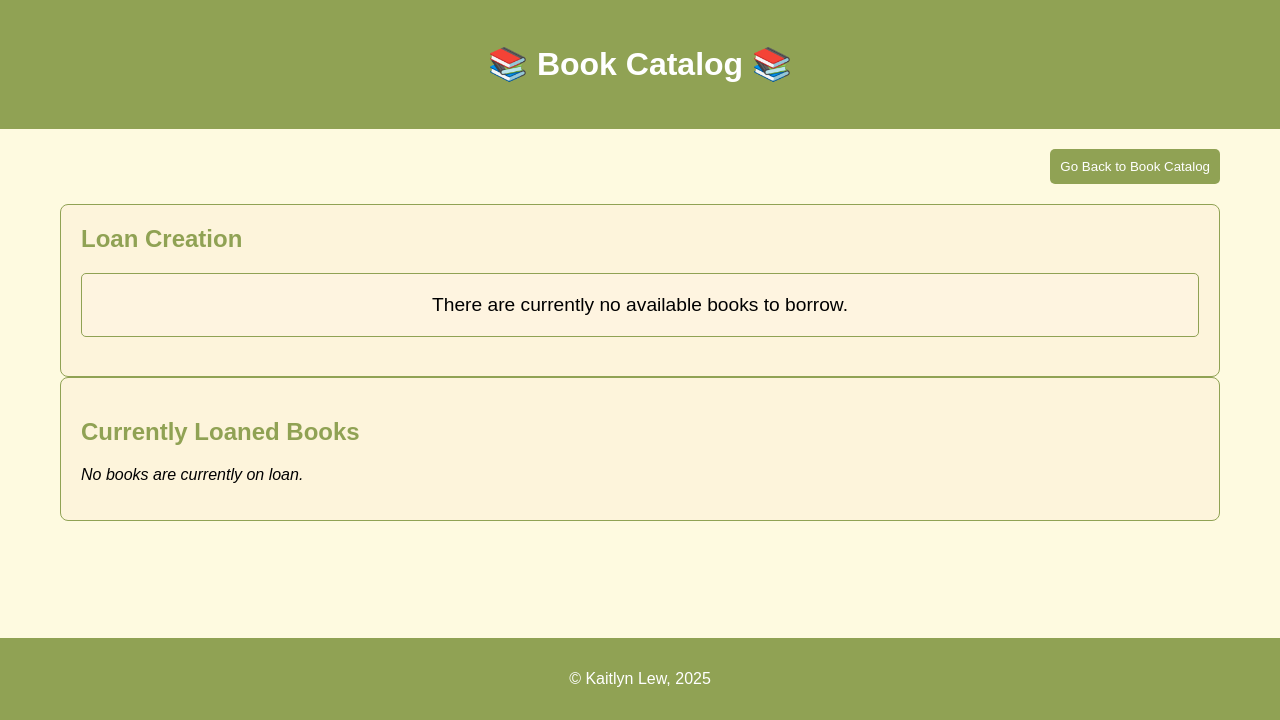
Repository: kaitlynlew/Data-Fetching
Page: /, after clicking the first element matching `button.update-btn`
An editor plug-in stored every save of this project. The page is shown before and after the next save, followed by the edit.
The browser window is 1280 px wide. The pictures show the whole page.
The project was rebuilt for these pictures with package versions that can differ from the ones it lists, and the page was loaded fresh each time. Also part of the build but not shown: vite.config.js, src/components/BookCard.jsx, src/components/BookForm.jsx.

Above is the page before, as saved 2025-11-09 22:12:56.

### index.html
<!doctype html>
<html lang="en">

<head>
  <meta charset="UTF-8" />
  <meta name="viewport" content="width=device-width, initial-scale=1.0" />
  <title>📚 Book Catalog</title>
</head>

<body>
  <div id="root"></div>
  <script type="module" src="/src/main.jsx"></script>
</body>

</html>

### src/App.jsx
import React, { useState, useEffect } from "react";
import Header from "./components/Header";
import BookList from "./components/BookList";
import LoanManager from "./components/LoanManager";
import "./index.css";

const LOCAL_STORAGE_BOOKS_KEY = 'book-catalog-data';
const LOCAL_STORAGE_LOANS_KEY = 'book-loan-data';

function App() {
  const [view, setView] = useState('catalog');
  const [isDetailsViewActive, setIsDetailsViewActive] = useState(false); // <-- NEW STATE

  const [books, setBooks] = useState(() => {
    try {
      const storedBooks = localStorage.getItem(LOCAL_STORAGE_BOOKS_KEY);
      return storedBooks ? JSON.parse(storedBooks) : [];
    } catch (error) {
      console.error("Failed to load books from localStorage:", error);
      return [];
    }
  });

  const [loans, setLoans] = useState(() => {
    try {
      const storedLoans = localStorage.getItem(LOCAL_STORAGE_LOANS_KEY);
      return storedLoans ? JSON.parse(storedLoans) : [];
    } catch (error) {
      console.error("Failed to load loans from localStorage:", error);
      return [];
    }
  });

  useEffect(() => {
    try {
      localStorage.setItem(LOCAL_STORAGE_BOOKS_KEY, JSON.stringify(books));
    } catch (error) {
      console.error("Failed to save books to localStorage:", error);
    }
  }, [books]);

  useEffect(() => {
    try {
      localStorage.setItem(LOCAL_STORAGE_LOANS_KEY, JSON.stringify(loans));
    } catch (error) {
      console.error("Failed to save loans to localStorage:", error);
    }
  }, [loans]);

  const handleAddBook = (newBook) => {
    setBooks(prevBooks => [...prevBooks, newBook]);
  };

  const handleUpdateBook = (updatedBook) => {
    setBooks(prevBooks =>
      prevBooks.map(book => book.isbn13 === updatedBook.isbn13 ? updatedBook : book)
    );
  };

  const handleDeleteBook = (isbn13) => {
    setBooks(prevBooks => prevBooks.filter(book => book.isbn13 !== isbn13));
    setLoans(prevLoans => prevLoans.filter(loan => loan.isbn13 !== isbn13));
  };

  const handleLoanBook = (newLoan) => {
    setLoans(prevLoans => [...prevLoans, newLoan]);
  };

  // HANDLER TO UPDATE DETAILS VIEW STATE - NEW
  const handleDetailsViewChange = (isActive) => {
      setIsDetailsViewActive(isActive);
  };

  const currentView = view === 'catalog' ? (
    <BookList
      books={books}
      loans={loans}
      onAddBook={handleAddBook}
      onUpdateBook={handleUpdateBook}
      onDeleteBook={handleDeleteBook}
      onDetailsViewChange={handleDetailsViewChange} // <-- NEW PROP
    />
  ) : (
    <LoanManager
      books={books}
      loans={loans}
      onLoanBook={handleLoanBook}
      onSwitchView={setView}
    />
  );

  return (
    <div className="app">
      <Header />
      <div className="main-content-wrapper">
        {/* CONDITIONAL RENDERING OF THE VIEW SWITCH BUTTON - UPDATED */}
        {!isDetailsViewActive && (
            <div className="view-switch-container">
                <button
                    className="update-btn"
                    onClick={() => setView(view === 'catalog' ? 'loans' : 'catalog')}
                >
                    {view === 'catalog' ? 'Go to Loan Management' : 'Go Back to Book Catalog'}
                </button>
            </div>
        )}
        <div className="main-content">
          {currentView}
        </div>
      </div>
      <footer className="footer">
        © Kaitlyn Lew, 2025
      </footer>
    </div>
  );
}

export default App;

### src/components/Header.jsx
import React from "react";
import "../index.css";

function Header() {
return (
    <header className="header">
    <h1>📚 Book Catalog 📚</h1>
    </header>
);
}

export default Header;

### src/components/BookList.jsx
import React, { useState, useMemo } from "react";
import BookCard from "./BookCard";
import NewCard from "./NewCard";
import BookForm from "./BookForm";
import AuthorFilter from "./AuthorFilter";
// import BookDetails from "./BookDetails"; // REMOVE BookDetails import
import "../index.css";

// Removed onDetailsViewChange and related props/functions since the image shows a basic catalog view
const BookList = ({ books, loans, onAddBook, onUpdateBook, onDeleteBook }) => {
  const [selectedBookIsbn, setSelectedBookIsbn] = useState(null);
  const [isEditingModalOpen, setIsEditingModalOpen] = useState(false);
  const [authorFilter, setAuthorFilter] = useState("");
  // const [detailedBookIsbn, setDetailedBookIsbn] = useState(null); // REMOVE details state

  const loanedIsbns = useMemo(() => new Set(loans.map(loan => loan.isbn13)), [loans]);

  const handleSelect = (isbn13) => {
    setSelectedBookIsbn(prevIsbn => (prevIsbn === isbn13 ? null : isbn13));
  };

  // REMOVE handleViewDetails and handleCloseDetails

  const handleAddBook = onAddBook;

  const handleDelete = () => {
    if (!selectedBookIsbn) return;

    onDeleteBook(selectedBookIsbn);
    setSelectedBookIsbn(null);
  };

  const handleUpdate = (updatedBook) => {
    onUpdateBook(updatedBook);
    setSelectedBookIsbn(null);
  };

  const selectedBookIsOnLoan = selectedBookIsbn && loanedIsbns.has(selectedBookIsbn);

  const handleEditClick = () => {
      if (selectedBookIsbn && !selectedBookIsOnLoan) {
          setIsEditingModalOpen(true);
      }
  };

  const selectedBook = useMemo(() => {
    return books.find(book => book.isbn13 === selectedBookIsbn);
  }, [books, selectedBookIsbn]);

  // REMOVE detailedBook memo

  const uniqueAuthors = useMemo(() => {
    const authors = books.map((book) => book.author).filter(Boolean);
    return [...new Set(authors)].sort();
  }, [books]);

  const filteredBooks = useMemo(() => {
    return books.filter((book) =>
      !authorFilter || book.author === authorFilter
    );
  }, [books, authorFilter]);

  const handleFilterChange = (e) => {
      setAuthorFilter(e.target.value);
      setSelectedBookIsbn(null);
  };


  // REMOVE conditional BookDetails rendering

  return (
    <div className="book-list-container">

      {/* 1. Filter Section (Top Left) */}
      <div className="filter-and-list">
        <AuthorFilter
            uniqueAuthors={uniqueAuthors}
            authorFilter={authorFilter}
            onFilterChange={handleFilterChange}
        />
      </div>

      <div className="booklist-layout">

          {/* 2. Controls Panel (Left Column: New Card + Edit/Delete) */}
          <div className="controls-panel">

              <NewCard addBook={handleAddBook} />

              <div className="action-buttons">
                  {/* Edit Button */}
                  <button
                      onClick={handleEditClick}
                      disabled={!selectedBookIsbn || selectedBookIsOnLoan}
                      className="update-btn"
                      title={selectedBookIsOnLoan ? "Cannot edit a book that is on loan." : "Edit Book"}
                  >
                      Edit
                  </button>

                  {/* Delete Button */}
                  <button
                      onClick={handleDelete}
                      disabled={!selectedBookIsbn || selectedBookIsOnLoan}
                      className="delete-btn"
                      title={selectedBookIsOnLoan ? "Cannot delete a book that is on loan." : "Delete Book"}
                  >
                      Delete
                  </button>
              </div>

          </div>

          {/* 3. Books Grid (Right Content) */}
          <div className="books-grid">

              {filteredBooks.map((book) => (
                  <BookCard
                      key={book.isbn13}
                      {...book}
                      selected={book.isbn13 === selectedBookIsbn}
                      onSelect={() => handleSelect(book.isbn13)}
                      isLoaned={loanedIsbns.has(book.isbn13)}
                      // REMOVE onViewDetails prop
                  />
              ))}
          </div>
      </div>

      {isEditingModalOpen && selectedBook && (
        <BookForm
          onSubmit={handleUpdate}
          initialData={selectedBook}
          isEditing={true}
          closeModal={() => setIsEditingModalOpen(false)}
        />
      )}
    </div>

  );
};

export default BookList;

### src/components/LoanManager.jsx
import React, { useState, useMemo, useEffect } from "react";
import "../index.css";

const formatDate = (date) => {
    return new Intl.DateTimeFormat('en-US', {
        year: 'numeric',
        month: 'long',
        day: 'numeric'
    }).format(date);
}

function LoanForm({ books, loans, onLoanBook }) {
    const [borrower, setBorrower] = useState("");
    const [selectedIsbn, setSelectedIsbn] = useState("");
    const [loanPeriod, setLoanPeriod] = useState(1);
    const loanedIsbns = useMemo(() => new Set(loans.map(loan => loan.isbn13)), [loans]);
    const availableBooks = useMemo(() =>
        books.filter(book => !loanedIsbns.has(book.isbn13))
    , [books, loanedIsbns]);

    const allBooksLoaned = availableBooks.length === 0;

    useEffect(() => {
        if (availableBooks.length > 0 && selectedIsbn === "") {
            setSelectedIsbn(availableBooks[0].isbn13);
        }
        if (selectedIsbn && loanedIsbns.has(selectedIsbn)) {
            setSelectedIsbn(availableBooks.length > 0 ? availableBooks[0].isbn13 : "");
        }
    }, [availableBooks, selectedIsbn, loanedIsbns]);

    const handleSubmit = (e) => {
        e.preventDefault();

        if (!borrower.trim() || !selectedIsbn || loanPeriod < 1 || loanPeriod > 4) {
            alert("Please fill out all fields correctly and select a book.");
            return;
        }

        const today = new Date();
        const dueDate = new Date(today.getTime() + loanPeriod * 7 * 24 * 60 * 60 * 1000);

        onLoanBook({
            borrower: borrower.trim(),
            isbn13: selectedIsbn,
            dueDate: dueDate.toISOString(),
        });

        setBorrower("");
    };

    if (allBooksLoaned) {
        return (
            <div className="loan-list-container">
                <h2 style={{color: '#90a254'}}>Loan Creation</h2>
                <p style={{fontSize: '1.2rem', padding: '20px', backgroundColor: '#fef4e0', borderRadius: '5px', textAlign: 'center', border: '1px solid #90a254'}}>
                    There are currently no available books to borrow.
                </p>
            </div>
        );
    }

    return (
        <div className="loan-list-container">
            <h2 style={{color: '#90a254'}}>Loan Creation Form</h2>
            <form onSubmit={handleSubmit} className="loan-form">
                <div className="form-control">
                    <label htmlFor="borrower">Borrower:</label>
                    <input
                        id="borrower"
                        type="text"
                        value={borrower}
                        onChange={(e) => setBorrower(e.target.value)}
                        placeholder="Borrower Name"
                        required
                    />
                </div>

                <div className="form-control">
                    <label htmlFor="book">Book to Loan:</label>
                    <select
                        id="book"
                        value={selectedIsbn}
                        onChange={(e) => setSelectedIsbn(e.target.value)}
                        required
                        className="filter-btn"
                    >
                        {availableBooks.map(book => (
                            <option key={book.isbn13} value={book.isbn13}>
                                {book.title}
                            </option>
                        ))}
                    </select>
                </div>

                <div className="form-control">
                    <label htmlFor="period">Loan Period (weeks):</label>
                    <input
                        id="period"
                        type="number"
                        min="1"
                        max="4"
                        value={loanPeriod}
                        onChange={(e) => setLoanPeriod(Math.max(1, Math.min(4, Number(e.target.value))))}
                        required
                    />
                </div>

                <button type="submit" className="save-btn" style={{width: 'auto', padding: '10px 20px'}}>
                    Create Loan
                </button>
            </form>
        </div>
    );
}

function LoanList({ books, loans }) {
    const loanedBooksDetails = useMemo(() => {
        return loans.map(loan => {
            const book = books.find(b => b.isbn13 === loan.isbn13);
            const dueDate = new Date(loan.dueDate);
            return {
                ...loan,
                title: book ? book.title : 'Unknown Book',
                dueDateString: formatDate(dueDate),
            };
        });
    }, [books, loans]);

    return (
        <div className="loan-list-container">
            <h2 style={{color: '#90a254', marginTop: '20px'}}>Currently Loaned Books</h2>
            {loanedBooksDetails.length === 0 ? (
                <p style={{fontStyle: 'italic'}}>No books are currently on loan.</p>
            ) : (
                <ul className="loan-list">
                    {loanedBooksDetails.map(loan => (
                        <li key={loan.isbn13} className="loan-item">
                            <div className="loan-details">
                                <span style={{fontWeight: 'bold', color: '#657337'}}>Borrower:</span> {loan.borrower} <br/>
                                <span style={{fontWeight: 'bold', color: '#657337'}}>Book:</span> {loan.title} <br/>
                                <span style={{fontWeight: 'bold', color: '#657337'}}>Due Date:</span> {loan.dueDateString}
                            </div>
                        </li>
                    ))}
                </ul>
            )}
        </div>
    );
}

function LoanManager({ books, loans, onLoanBook, onSwitchView }) {
    return (
        <div className="loan-manager-content">
            <LoanForm books={books} loans={loans} onLoanBook={onLoanBook} />
            <LoanList books={books} loans={loans} />
        </div>
    );
}

export default LoanManager;

### src/index.css
body {
    background-color: #fefae0; /* Light beige background */
    font-family: sans-serif;
    margin: 0;
    padding: 0;
}

.app {
    min-height: 100vh;
    display: flex;
    flex-direction: column;
}

.header {
    margin: 0;
    color: white;
    text-align: center;
    background-color: #90a254; /* Header green */
    padding: 1.5rem;
}

.footer {
    margin-top: auto;
    background-color: #90a254;
    color: white;
    text-align: center;
    padding: 2rem;
}

.main-content-wrapper {
    max-width: 1200px;
    margin: 0 auto;
    width: 100%;
    flex-grow: 1;
}

.view-switch-container {
    padding: 20px 20px 0 20px;
    text-align: right;
}

/* --- New Card Styles --- */

.new-card {
    width: 170px;
    height: 280px;
    display: flex;
    align-items: center;
    justify-content: center;
    border: 2.5px solid #ccc;
    border-radius: 6px;
    background-color: #f9f9f9;
    color: #aaa;
    font-size: 1.5rem;
    font-weight: bold;
    padding: 10px;
    text-align: center;
    position: relative;
    overflow: hidden;
    cursor: pointer;
}

.new-card:hover {
    border-color: #90a254;
    color: #90a254;
}

/* --- Book List Layout Styles --- */

.booklist {
    max-width: 1200px;
    margin: 0 auto;
    padding: 0 20px 20px;
    width: 100%;
    box-sizing: border-box;
}

.filter-and-list {
    /* Styles for the row containing 'Filter by Authors' */
    padding: 0 10px;
    margin-bottom: 10px;
}

.filter {
    color: #90a254;
    font-size: 1.1rem;
    display: flex;
    align-items: center;
    gap: 10px;
}

.filter-btn {
    padding: 8px;
    border: 1px solid #ccc;
    border-radius: 4px;
    cursor: pointer;
}

.booklist-layout {
    /* Main container for the left controls and the right grid */
    display: flex;
    gap: 30px;
    margin-top: 20px;
}

.controls-panel {
    /* Left column for New card and action buttons */
    width: 170px; /* Match width of NewCard/BookCard */
    display: flex;
    flex-direction: column;
    align-items: center;
    gap: 10px;
    flex-shrink: 0;
}

.action-buttons {
    /* Container for Edit/Delete buttons */
    display: flex;
    flex-direction: column;
    gap: 10px;
    width: 100%;
}

.books-grid {
    /* Right side container for the book cards */
    display: flex;
    flex-wrap: wrap;
    justify-content: flex-start;
    gap: 20px;
    flex-grow: 1;
}

/* --- Book Card Styles --- */

.book-card {
    width: 170px;
    height: 280px;
    border: 2.5px solid #90a254;
    border-radius: 6px;
    padding: 10px;
    text-align: center;
    position: relative;
    display: flex;
    flex-direction: column;
    justify-content: space-between;
    align-items: center;
    overflow: hidden;
    cursor: pointer;
    background-color: white;
}

.book-image {
    width: 100%;
    height: 150px;
    object-fit: cover;
}

.book-card.selected {
    border: 2.5px solid #657337;
    background-color: #bac989;
}

.book-card.loaned {
    border: 2.5px solid #a81c1c;
    opacity: 0.8;
}

.loan-badge {
    position: absolute;
    top: 10px;
    right: 10px;
    padding: 5px 10px;
    border-radius: 4px;
    background-color: #a81c1c;
    color: white;
    font-weight: bold;
    font-size: 0.8rem;
}

/* --- Action Button Styles (Edit/Delete) --- */

.update-btn, .delete-btn {
    width: 100%;
    padding: 10px;
    background: #e0e0e0;
    color: #333;
    border: 1px solid #ccc;
    border-radius: 5px;
    cursor: pointer;
    font-weight: bold;
    transition: background-color 0.2s;
}

/* Styles for the "Go to Loan Management" button */
.view-switch-container .update-btn {
    width: auto;
    background: #90a254;
    color: white;
    border: none;
    font-weight: normal;
}

.view-switch-container .update-btn:hover {
    background: #657337;
}

.update-btn:hover:not(:disabled), .delete-btn:hover:not(:disabled) {
    background: #d0d0d0;
}

.delete-btn {
    background: #e0e0e0;
    color: #333;
    border: 1px solid #ccc;
}

.update-btn:disabled, .delete-btn:disabled {
    background: #f5f5f5;
    color: #aaa;
    cursor: not-allowed;
    border-color: #eee;
}

/* --- Modal and Form Styles (BookForm) --- */

.modal-container {
    position: fixed;
    top: 0;
    left: 0;
    width: 100%;
    height: 100%;
    background-color: rgba(0, 0, 0, 0.5);
    display: flex;
    justify-content: center;
    align-items: center;
    z-index: 1000;
}

.modal-form {
    background-color: #fdf4db;
    padding: 30px;
    border-radius: 8px;
    width: 400px;
    max-width: 90%;
    box-shadow: 0 4px 6px rgba(0, 0, 0, 0.1);
}

.modal-form h2 {
    color: #90a254;
    margin-top: 0;
    border-bottom: 2px solid #90a254;
    padding-bottom: 10px;
    margin-bottom: 20px;
}

.modal-form input,
.modal-form select {
    padding: 10px;
    border: 1px solid #ccc;
    border-radius: 5px;
    width: 100%;
    box-sizing: border-box;
}

.save-btn {
    width: 100%;
    padding: 10px;
    background: #90a254;
    color: white;
    border: none;
    border-radius: 5px;
    cursor: pointer;
    margin-top: 15px;
}

.form-control {
    display: flex;
    align-items: center;
    margin-bottom: 15px;
    gap: 10px;
}

.form-control label {
    width: 150px;
    flex-shrink: 0;
}

/* --- Loan Manager Styles --- */

.loan-manager-content {
    max-width: 1200px;
    margin: 20px auto;
    margin-bottom: 20px;
    padding: 0 20px;
    justify-content: center;
    gap: 30px;
}

.loan-list-container {
    background-color: #fdf4db;
    padding: 20px;
    border-radius: 8px;
    border: 1px solid #90a254;
    flex: 1;
    min-width: 400px;
}

.loan-list-container h2 {
    margin-top: 0;
}

.loan-form {
    display: flex;
    flex-direction: column;
    gap: 15px;
}

.loan-form .form-control {
    display: flex;
    flex-direction: column;
    align-items: flex-start;
    gap: 5px;
}

.loan-form .form-control label {
    font-weight: bold;
    color: #657337;
}

.loan-form input[type="text"],
.loan-form input[type="number"],
.loan-form select.filter-btn {
    padding: 8px;
    border: 1px solid #ccc;
    border-radius: 4px;
    width: 100%;
    box-sizing: border-box;
    background-color: white;
}

.loan-form .save-btn {
    width: auto;
    padding: 10px 20px;
    background: #90a254;
    color: white;
    border: none;
    border-radius: 5px;
    cursor: pointer;
    align-self: flex-start;
}

.loan-list {
    list-style: none;
    padding: 0;
    margin-top: 15px;
}

.loan-item {
    display: flex;
    justify-content: space-between;
    align-items: center;
    padding: 15px 0;
    border-bottom: 1px dashed #90a254;
}

.loan-item:last-child {
    border-bottom: none;
}

### src/components/NewCard.jsx
import { useState } from "react";
import "../index.css";
import BookForm from "./BookForm.jsx"

function NewCard({ addBook }) {

    const [isModalOpen, setIsModalOpen] = useState(false);

    function openModal() {
        setIsModalOpen(true);
    }

    function closeModal() {
        setIsModalOpen(false);
    }

    const handleFormSubmit = (data) => {
        addBook(data);
    }

    return(
        <>
            <div className="new-card" onClick={openModal}>
                <span>New</span>
            </div>

            {isModalOpen && (
                <BookForm
                    onSubmit={handleFormSubmit}
                    initialData={null}
                    isEditing={false}
                    closeModal={closeModal}
                />
            )}
        </>
    )
}

export default NewCard;

### src/components/AuthorFilter.jsx
import React from "react";
import "../index.css";

function AuthorFilter({ uniqueAuthors, authorFilter, onFilterChange }) {
    return (
        <div className="filter">
            Filter by Authors:
            <select
                className="filter-btn"
                value={authorFilter}
                onChange={onFilterChange}
            >
                <option value="">All</option>
                {uniqueAuthors.map((author) => (
                    <option key={author} value={author}>
                        {author}
                    </option>
                ))}
            </select>
        </div>
    );
}

export default AuthorFilter;

Loaded but not shown: src/main.jsx (common file)

After the next save:
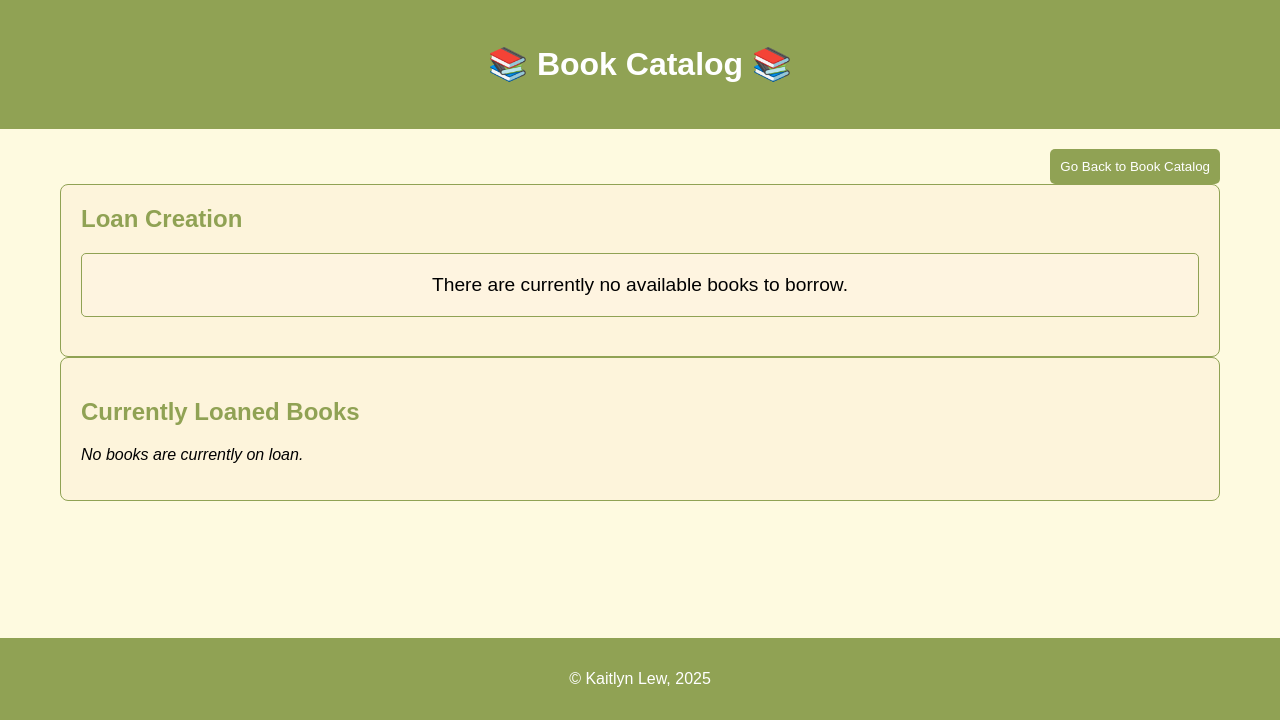
Saved 5 s later.
--- a/src/index.css
+++ b/src/index.css
@@ -289,7 +289,6 @@ body {
 
 .loan-manager-content {
     max-width: 1200px;
-    margin: 20px auto;
     margin-bottom: 20px;
     padding: 0 20px;
     justify-content: center;
